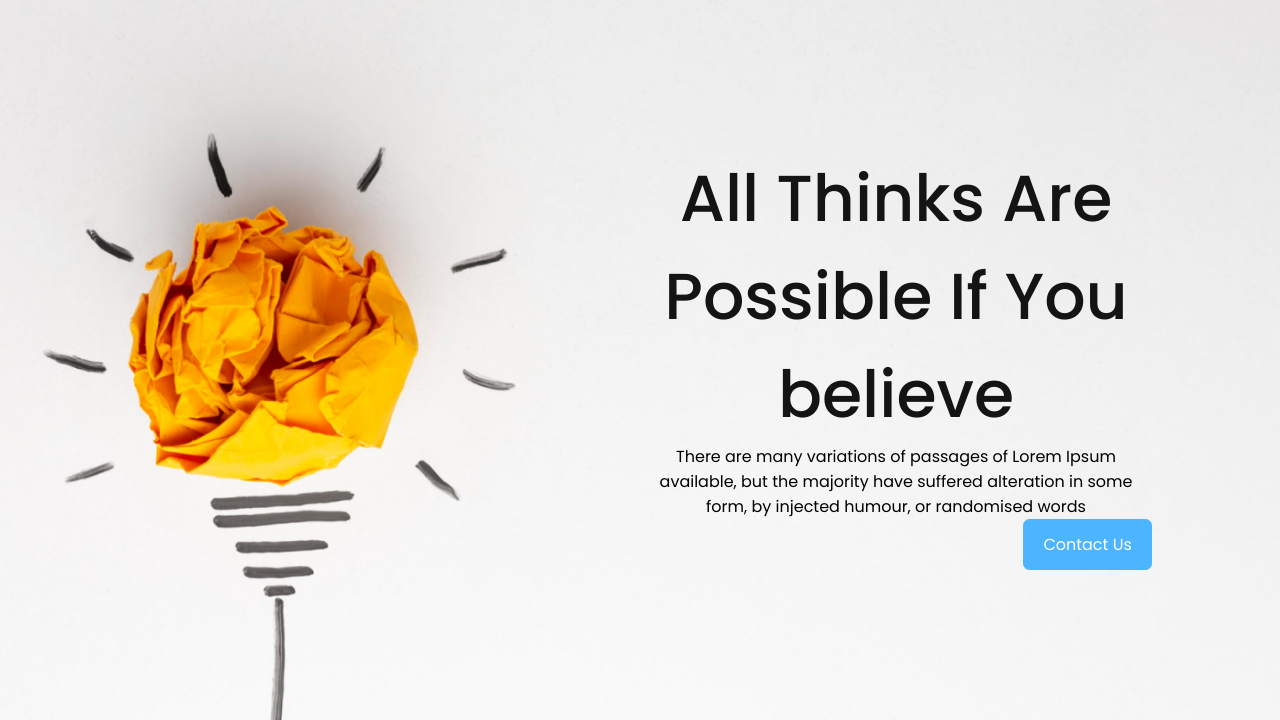
Repository: mdrubel02/new-year-new-mission
Page: index.html
The author's editor kept a copy of each file at every save. The page is drawn from the files as they stood at one save, then again after the next save.
The browser window is 1280 px wide. The pictures show the whole page.

Above is the page before, as saved 2023-01-06 22:25:12.

### index.html
<!DOCTYPE html>
<html lang="en">
<head>
    <meta charset="UTF-8">
    <meta http-equiv="X-UA-Compatible" content="IE=edge">
    <meta name="viewport" content="width=device-width, initial-scale=1.0">
    <title>new-year-new-mission</title>
    <!-------- css link ---------->
    <link rel="stylesheet" href="/index.css">
</head>
<body>
    <header>
        <!--------- banner section --------->
        <section class="banner_section ">
                <div class="banner">
                    <h1>All Thinks Are Possible If You believe</h1>
                    <p>There are many variations of passages of Lorem Ipsum available, but the majority have suffered alteration in some form, by injected humour, or randomised words</p>
                    <a href="" class="btn btn-primary">Contact Us</a>
                </div>
        </section>
    </header>
</body>
</html>

### index.css
/* =====GOOGLE FONTS====== */
@import url('https://fonts.googleapis.com/css2?family=Poppins:wght@300;400;500;600&display=swap');

/* =====COMMON STYLES====== */
* {
    margin: 0;
    padding: 0;
    border: 0;
    outline: 0;
    list-style: none;
    text-decoration: none;
}

body {
    font-family: 'Poppins', sans-serif;
}

h1,
h2,
h3,
h4,
h5,
h6 {
    font-weight: 500;
}

.container {
    max-width: 1200px;
    margin: 0 auto;
    padding: 0 30px;
    box-sizing: border-box;
}

a {
    color: #fff;
    transition: all 400ms ease;
}

a:hover {
    color: #fff;
}

.btn {
    text-align: center;
    width: max-content;
    display: inline-block;
    color: #fff;
    padding: 0.75rem 1.2rem;
    border-radius: 0.4rem;
    border: 1px solid #4db5ff;
    transition: all 400ms ease;
}

.btn:hover {
    background: #fff;
    color: #4db5ff;
    border: 1px solid #4db5ff;
}

.btn-primary {
    background: #4db5ff;
    color: #fff;
}

/* ========= Banner section ============== */
.banner_section{
    background-image: url(/images/banner/banner1.png);
    background-repeat: no-repeat;
    background-size: cover;
    background-position: center center;
    height: 100vh;
    width: 100%;
    position: relative;
    z-index: 1;
    display: flex;
    flex-direction: column;
    justify-content: center;
    align-items: flex-end;
    text-align: center;
}
.banner{
    width: 40%;
   margin-top: -0%;
   position: absolute;
   right: 10%;
   display: flex;
   flex-direction: column;
   justify-content: end;
   align-items: flex-end;
}
.banner h1{
    font-size: 65px;
    color: #151414;
}

After the next save:
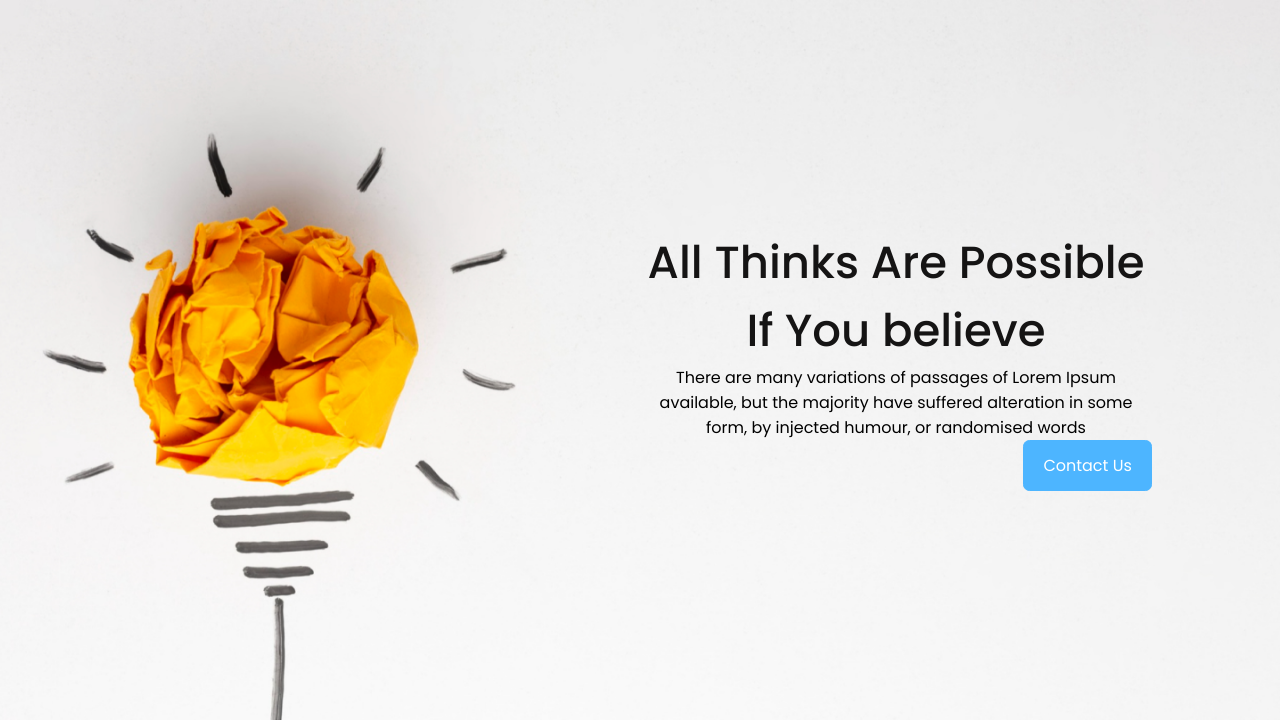
Saved 30 s later.
--- a/index.css
+++ b/index.css
@@ -89,6 +89,6 @@ a:hover {
    align-items: flex-end;
 }
 .banner h1{
-    font-size: 65px;
+    font-size: 45px;
     color: #151414;
 }
